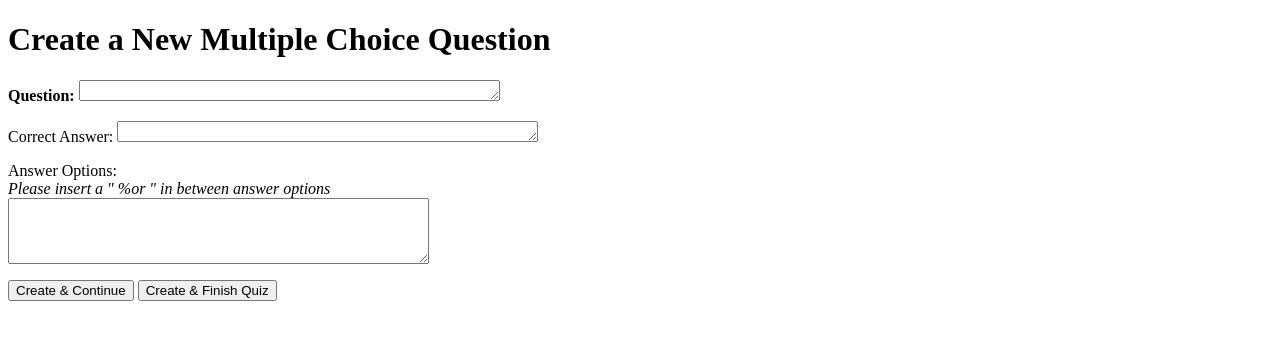
Repository: sarahhtn/CS108_final_project
Page: QuizWebsite/WebContent/CreateMC.html
The author's editor kept a copy of each file at every save. The page is drawn from the files as they stood at one save, then again after the next save.
The browser window is 1280 px wide. The pictures show the whole page.

Above is the page before, as saved 2013-11-16 22:22:48.

After the next save:
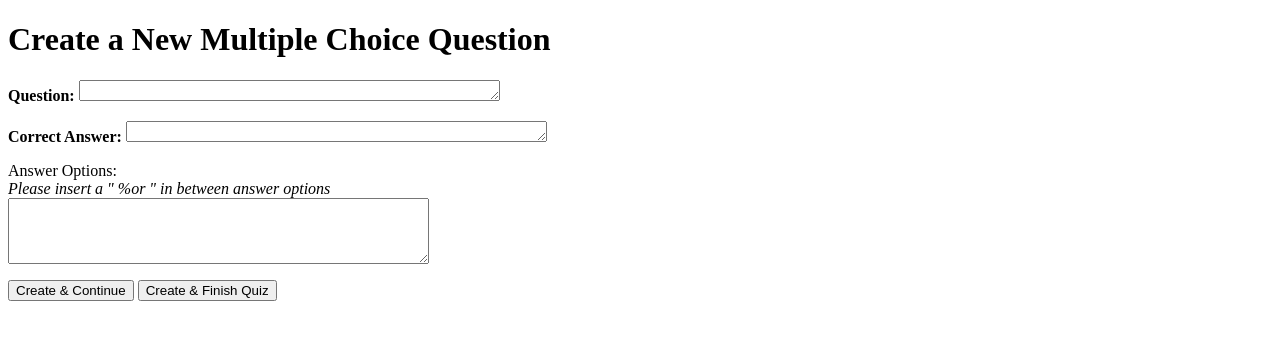
Saved 5 s later.
--- a/QuizWebsite/WebContent/CreateMC.html
+++ b/QuizWebsite/WebContent/CreateMC.html
@@ -10,7 +10,7 @@
 
 <form action="MCServlet" method="post">
 <p><b>Question: </b><textarea rows = "1" cols = "50" name="question"></textarea> </p>
-<p>Correct Answer: <textarea rows = "1" cols = "50" name="answer"></textarea> </p>
+<p><b>Correct Answer: </b><textarea rows = "1" cols = "50" name="answer"></textarea> </p>
 <p>Answer Options: <br>
 <i>Please insert a " %or " in between answer options</i> <br>
 <textarea rows = "4" cols = "50" name="answer"></textarea> </p>
